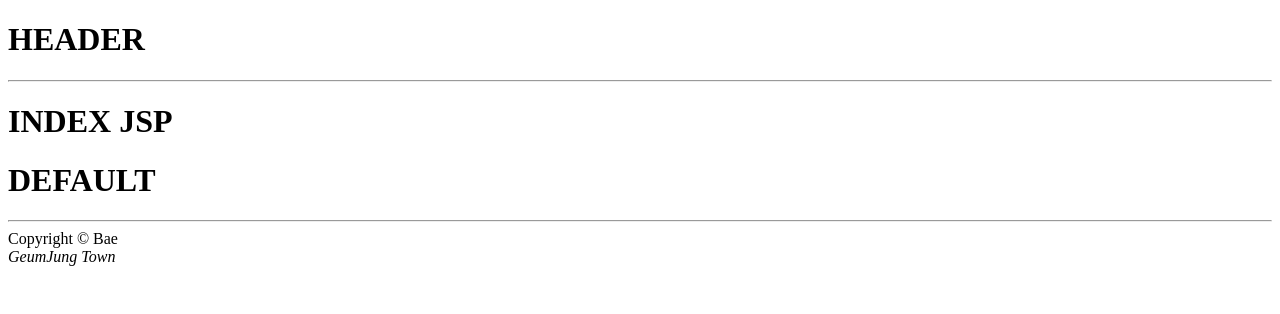
Repository: gitgw016/jsp
Page: http://localhost/08_include/
These files come from the project's save history. The page is drawn as it stood at one moment and after the next save; the edit follows.
The browser window is 1280 px wide. The pictures show the whole page.
The page is served by Tomcat 9.

Above is the page before, as saved 2021-12-08 05:46:03.

After the next save:
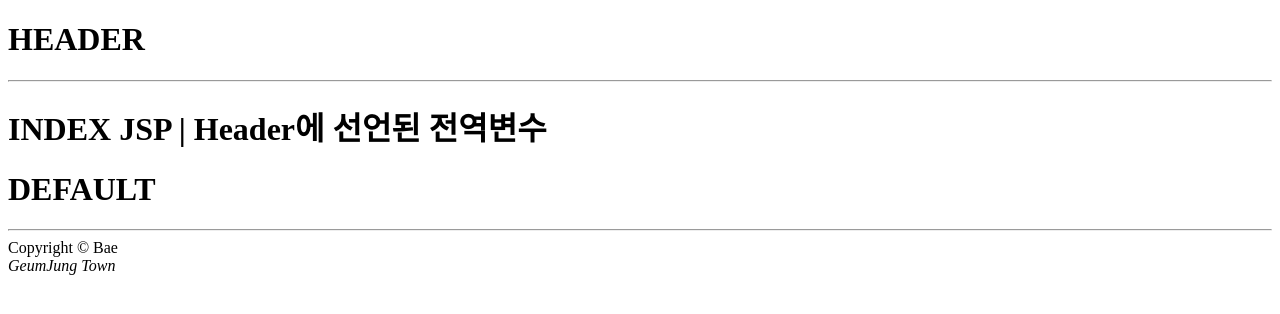
Saved 30 s later.
--- a/08_include/src/main/webapp/index.jsp
+++ b/08_include/src/main/webapp/index.jsp
@@ -4,11 +4,11 @@
 <html>
 <head>
 <meta charset="UTF-8">
-<title>Index JSP | <%=s%></title>
+<title>Index JSP</title>
 </head>
 <body>
 	<%@ include file="common/header.jsp" %>
-	<h1> INDEX JSP</h1>
+	<h1> INDEX JSP | <%=s%></h1>
 	<%@ include file="default.jsp" %>
 	<%@ include file="common/footer.jsp" %>
 </body>
